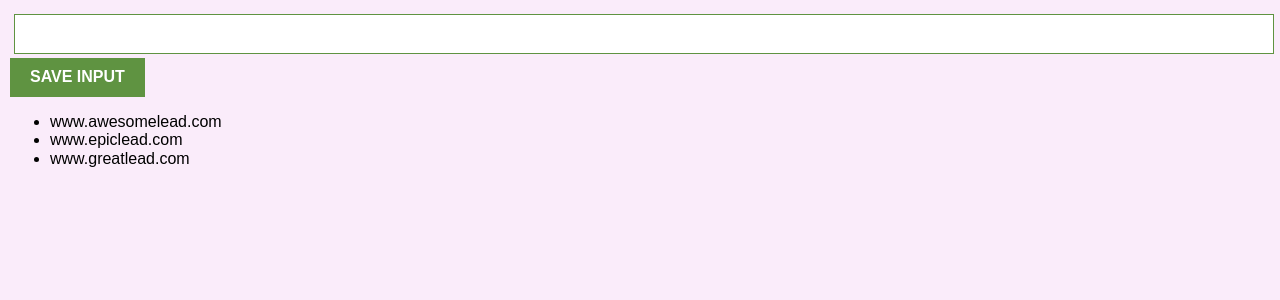
Repository: jt010051/chromeExtension
Page: index.html
These files come from the project's save history. The page is drawn as it stood at one moment and after the next save; the edit follows.
The browser window is 1280 px wide. The pictures show the whole page.

Above is the page before, as saved 2022-02-27 19:26:21.

After the next save:
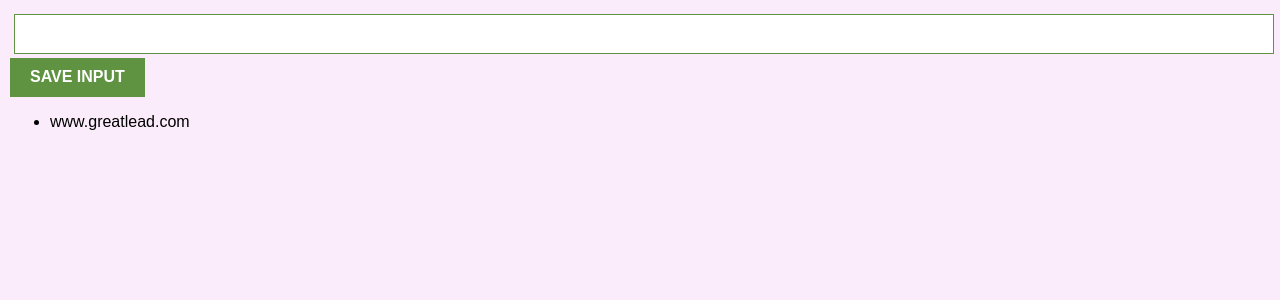
Saved 2 min 25 s later.
--- a/index.js
+++ b/index.js
@@ -4,6 +4,7 @@ const inputEl=document.getElementById("input-el")
 const inputBtn = document.getElementById("input-btn")
 
 const ulEl = document.getElementById("ul-el")
+let listItems =""
 
 console.log(ulEl)
 inputBtn.addEventListener("click", function(){
@@ -12,8 +13,10 @@ console.log(myLeads)
 })
 
 for(let i = 0; i<myLeads.length; i++){
-ulEl.innerHTML +="<li>" +myLeads[i] +"</li>"
+    listItems = myLeads[i]
+
 
 
 
 }
+ulEl.innerHTML +="<li>" +listItems +"</li>"
